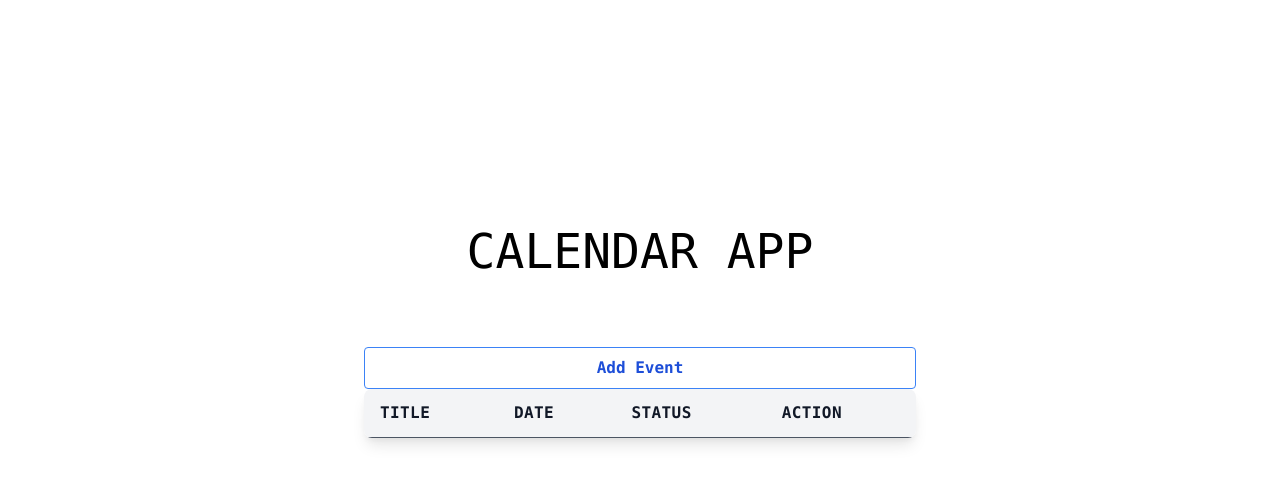
Repository: maikeru-desu/parking-lot
Page: / (app in parking-lot-fe/)
An editor plug-in stored every save of this project. The page is shown before and after a run of saves, followed by the edit.
The browser window is 1280 px wide. The pictures show the whole page.
The page's requests for data from a server got no answer. The project was rebuilt for these pictures with package versions that can differ from the ones it lists, and the page was loaded fresh each time. No one was signed in, and anything a server would have sent is missing. Also part of the build but not shown: parking-lot-fe/craco.config.js, parking-lot-fe/src/pages/Add.js, parking-lot-fe/src/pages/Edit.js.

Above is the page before, as saved 2021-10-14 07:41:33.

After the next 3 saves:
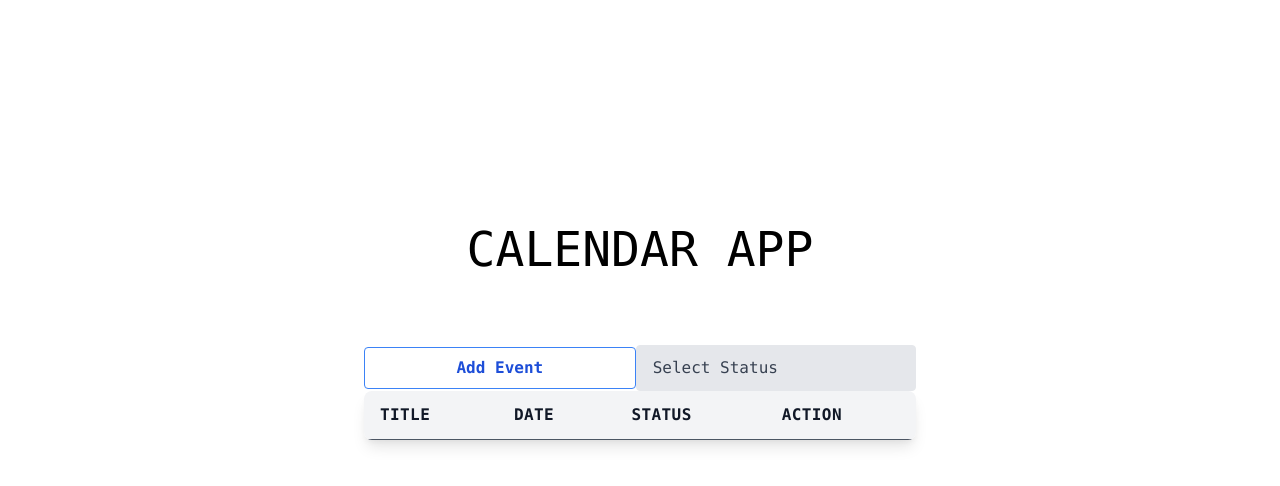
The 3 saves are shown as one change because 1 did not build or start and some came seconds apart.
The last was saved 65 s later.
--- a/parking-lot-fe/src/pages/Home.js
+++ b/parking-lot-fe/src/pages/Home.js
@@ -20,9 +20,22 @@ const Home = () => {
 
     return (
         <section class="container mx-auto p-6">
-            <button onClick={() => history.push("/add")} className="bg-transparent hover:bg-blue-500 text-blue-700 font-semibold hover:text-white py-2 px-4 border border-blue-500 hover:border-transparent rounded">
-                Add Event
-            </button>
+            <div class="flex items-center justify-between">
+                <button onClick={() => history.push("/add")} className="bg-transparent hover:bg-blue-500 text-blue-700 font-semibold hover:text-white py-2 px-4 border border-blue-500 hover:border-transparent rounded">
+                    Add Event
+                </button>
+
+                <select
+                    id="status"
+                    name="status"
+                    className="block appearance-none w-full bg-gray-200 border border-gray-200 text-gray-700 py-3 px-4 pr-8 rounded leading-tight focus:outline-none focus:bg-white focus:border-gray-500">
+                    <option>Select Status</option>
+                    <option value="0">Pending</option>
+                    <option value="2">Ongoing</option>
+                    <option value="1">Done</option>
+                </select>
+            </div>
+
             <div class="w-full mb-8 overflow-hidden rounded-lg shadow-lg">
                 <div class="w-full overflow-x-auto">
                 <table class="w-full">
